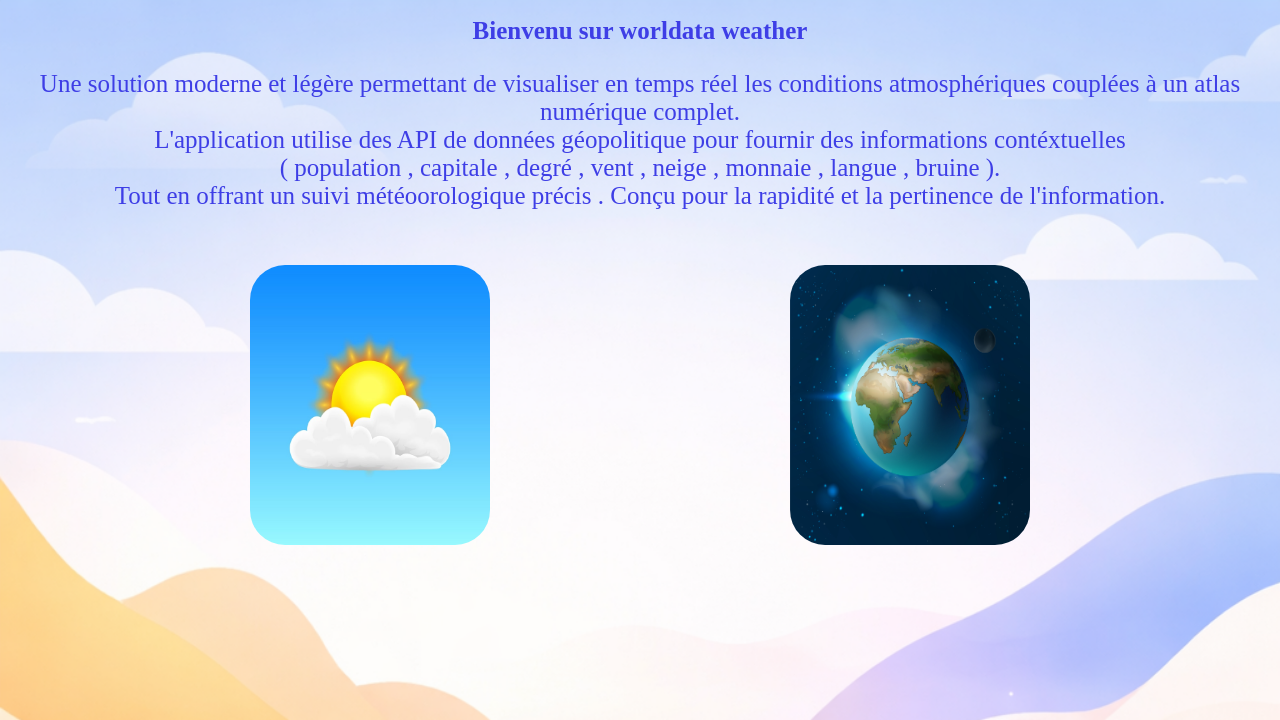
Repository: assanendao171/meteo
Page: index.html
The author's editor kept a copy of each file at every save. The page is drawn from the files as they stood at one save, then again after the next save.
The browser window is 1280 px wide. The pictures show the whole page.

Above is the page before, as saved 2026-03-18 17:03:03.

### index.html
<!DOCTYPE html>
<html lang="en">
<head>
    <meta charset="UTF-8">
    <meta name="viewport" content="width=device-width, initial-scale=1.0">
    <title>Document</title>
    <link rel="stylesheet" href="style.css">
</head>
<body>
    <h1>Bienvenu sur worldata weather</h1>
    <p>Une solution moderne et légère permettant de visualiser en temps réel les conditions atmosphériques couplées à un atlas numérique
        complet. <br> L'application utilise des API de données géopolitique pour fournir des informations contéxtuelles <br>
        ( population , capitale , degré , vent , neige , monnaie , langue , bruine ). <br>
        Tout en offrant un suivi météoorologique précis . Conçu pour la rapidité et la  pertinence de l'information.
    </p>
    <div id="contain">
        <div id="img1">
            <img src="acceuil.jpg" alt="meteo">

        </div>
        <div id="ima2">
<img src="18966224.jpg" alt="la terre">

        </div>
    </div>
</body>
</html>

### style.css
body{
    background-image: url("fondacceuil.png");
    background-size: cover;
    background-repeat: no-repeat;
}
img{
    width: 240px;
    height: 280px;
    border-radius: 35px;
}
h1,p{
    text-align: center;
    color: rgb(62, 62, 230);
    font-size: 25px;
}
#contain{
    display: flex;
    gap: 300px;
flex-direction: row;
justify-content: center;
align-items: center;
margin-top:55px
}

After the next save:
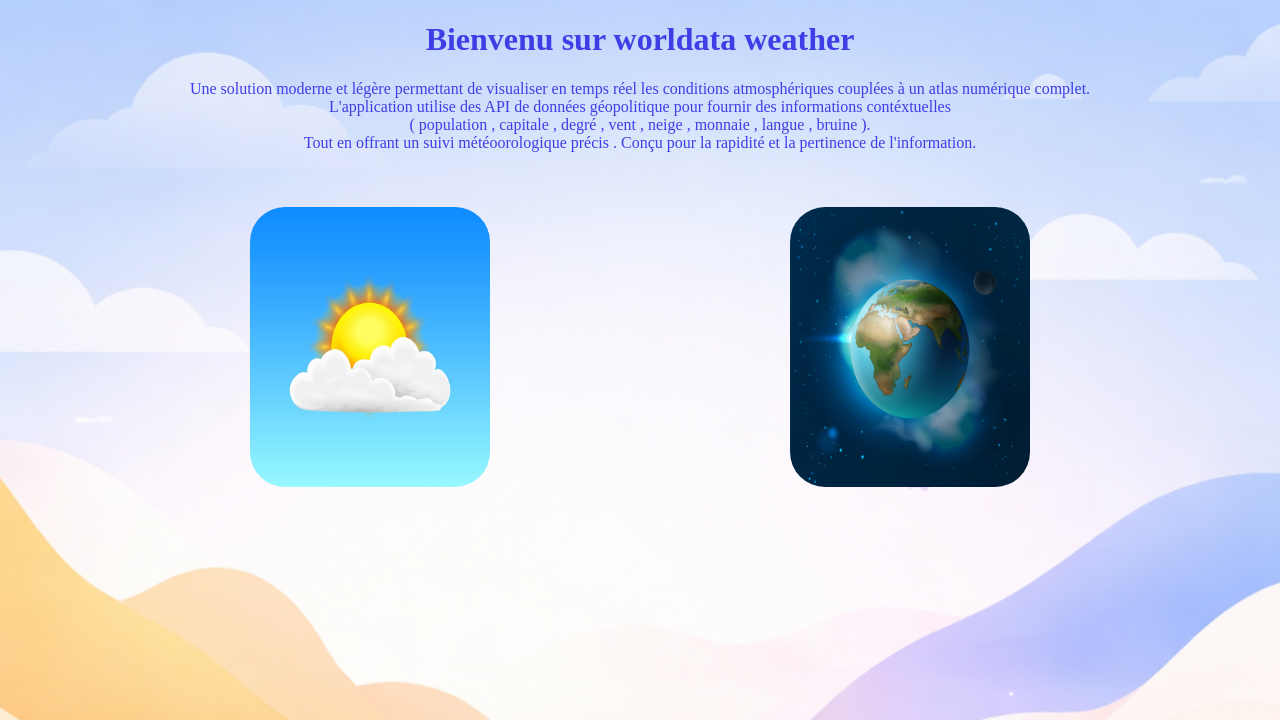
Saved 15 s later.
--- a/style.css
+++ b/style.css
@@ -11,7 +11,6 @@ img{
 h1,p{
     text-align: center;
     color: rgb(62, 62, 230);
-    font-size: 25px;
 }
 #contain{
     display: flex;
